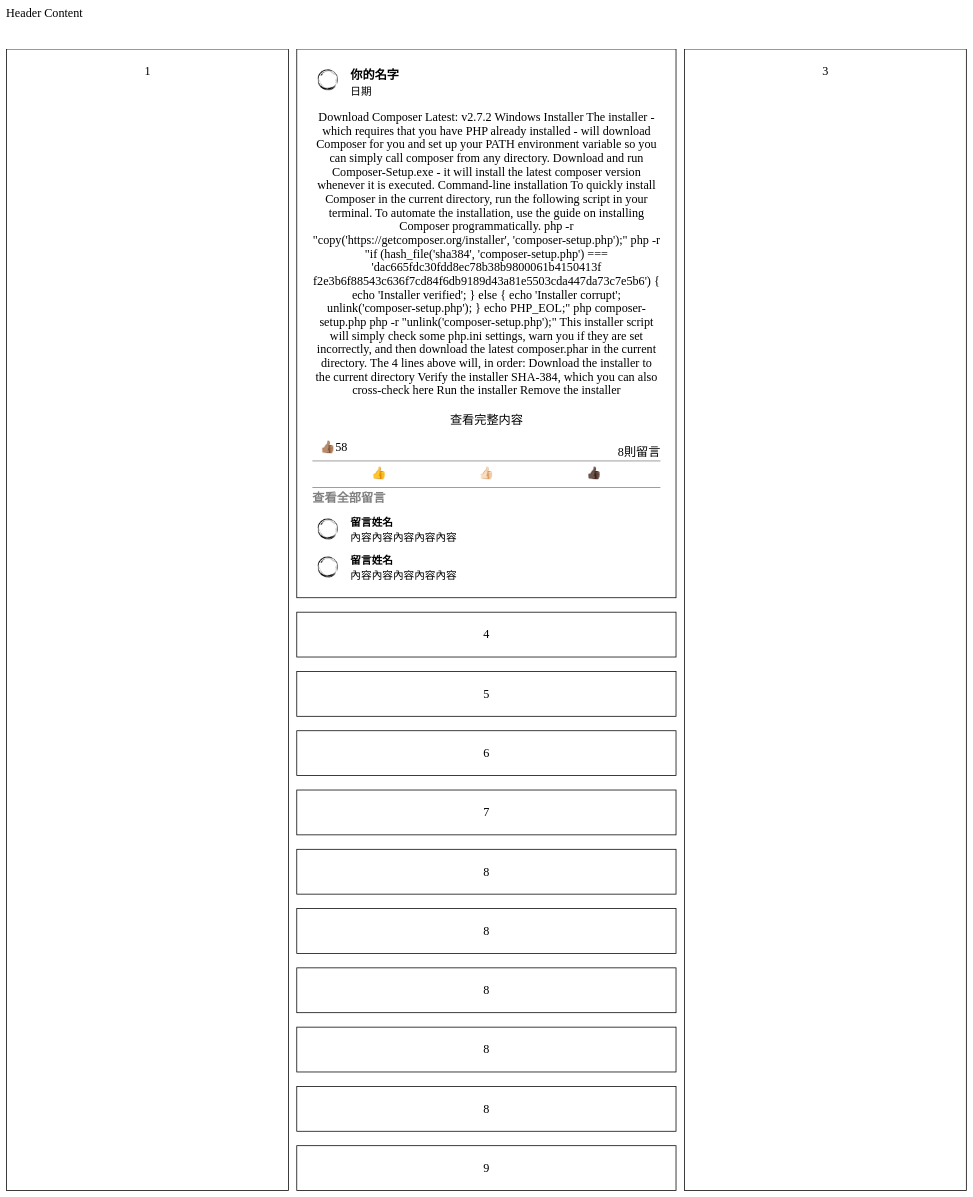
Repository: yuchiyang123/index_view
Page: http://localhost/
The author's editor kept a copy of each file at every save. The page is drawn from the files as they stood at one save, then again after the next save.
The browser window is 1280 px wide. The pictures show the whole page, at 76% of full size.
The page is run by PHP 8.4 with error messages shown; the project is at /var/www/html/.

Above is the page before, as saved 2024-03-27 09:42:49.

### index.php
<style>
   .header {
    position: sticky;
    top: 0;
    z-index: 9996;
    grid-area: header;
    background-color: #ffffff;
    width: 100%;
    height: 56px;

}


.grid-container {

  display: grid;
  grid-template-columns: auto 500px auto;
  grid-template-rows:auto;
  grid-gap: 10px;
  display: grid;
  grid-template-areas:
    "A B C";

}

.grid-item {
  border: 1px solid #000;
  padding: 20px;
  text-align: center;

}
.first{
    grid-area: A;
    min-height: 800px;
}
.end{
    grid-area: C;
}
.mid{
    grid-area: B;
}
.limt{
    min-height: 350px;
}
.inner-grid {
    display: inline-grid;
    width: 30%;
    transition: background-color 0.3s;
    padding-top: 5px;
    padding-bottom: 10px;
    text-align: center;
}
.inner-grid:hover {
    background-color: rgba(128, 128, 128, 0.4);
}
.line{
    border-top: 1px solid gray;
    border-bottom: 1px solid gray;
}
.respond{

    padding-bottom: 8px;
    text-align: left;
    padding-left:10px;
}
.respond > div {
    display: inline-block;
}
.message{
    text-align: right;
}
.respond, .message {
    display: inline-block;
}
.container {
    display: flex;
    justify-content: space-between;
    align-items: center;
}

.popup {
    display: none;
    position: fixed;
    top: 50%;
    left: 50%;
    transform: translate(-50%, -50%);
    width: 500px;
    padding: 20px;
    background-color: #fff;
    z-index: 9998;

}

.trigger a {
    cursor: pointer;
}

.blur-background {
    filter: blur(0px);
}
.box{

}
.imgsize{
    width: 40px;
    height: auto;

}

.image-container {
    float: left;
    margin-right: 10px;
}

.text-container {
    overflow: hidden;
}
.user{

    text-align: left;
    font-weight: bold;

}
.date{
    font-size: 14px;
    text-align: left;
}
a{
    text-decoration: none;
    color: black;
}
.overlay {
    display: none;
    position: fixed;
    top: 0;
    left: 0;
    width: 100%;
    height: 100%;
    background-color: rgba(0, 0, 0, 0.5);
    z-index: 9997;
  }
  .SeeAllMessage{
    text-align: left;
  }
  .SeeAllMessage a{
    text-align: left;
    color: gray;
    font-weight: bold;
  }
  .LeaveMessage{
    margin-top: 10px;
  }
  .LeaveMessageUsernameIMG{
    width: 40px;
    height: auto;
  }
  .LeaveMessageimgdiv{
    float: left;
    margin-right: 10px;
  }
  .LeaveMessageUsername{
    text-align: left;
    font-size: 14px;
    font-weight: bold;
  }
  .LeaveMessageMain{
    text-align: left;
    font-size: 14px;
  }
</style>
<html>
<body>
<?php
    include('header.php');
?>
  <div id="box" class="box">
    <div class="grid-container">

      <div class="grid-item"><div class="first">1</div></div>

        <div class="mid">
          <div class="grid-item">
            <div class="limt">
            <div class="image-container">
                <img src="img/2-1.png" class="imgsize">
                        </div>
                <div class="text-container">
                    <div class="user"><a href="#"><div><a href="#">你的名字</a></div></a></div>
                    <div class="date"><div><a href="#">日期</a></div></div>
                </div>
                <div class="clearfix"></div>
                <p class="main">
                Download Composer Latest: v2.7.2
                    Windows Installer
                    The installer - which requires that you have PHP already installed - will download Composer for you and set up your PATH environment variable so you can simply call composer from any directory.

                    Download and run Composer-Setup.exe - it will install the latest composer version whenever it is executed.

                    Command-line installation
                    To quickly install Composer in the current directory, run the following script in your terminal. To automate the installation, use the guide on installing Composer programmatically.

                    php -r "copy('https://getcomposer.org/installer', 'composer-setup.php');"
                    php -r "if (hash_file('sha384', 'composer-setup.php') === 'dac665fdc30fdd8ec78b38b9800061b4150413f
                    f2e3b6f88543c636f7cd84f6db9189d43a81e5503cda447da73c7e5b6') { echo 'Installer verified'; } else { echo 'Installer corrupt'; unlink('composer-setup.php'); } echo PHP_EOL;"
                    php composer-setup.php
                    php -r "unlink('composer-setup.php');"
                    This installer script will simply check some php.ini settings, warn you if they are set incorrectly, and then download the latest composer.phar in the current directory. The 4 lines above will, in order:

                    Download the installer to the current directory
                    Verify the installer SHA-384, which you can also cross-check here
                    Run the installer
                    Remove the installer<div class="trigger"><a href="#">查看完整内容</a></div>
                </p>
                <div class="container">
                    <div class="respond"><a href="#">👍🏽</a><div><a href="#">58</a></div></div>
                    <div class="message"><div><a href="#">8則留言</a></div></div>
                </div>
                <div class="line">
                    <div class="inner-grid">👍</div>
                    <div class="inner-grid">👍🏻</div>
                    <div class="inner-grid">👍🏿</div>
                </div>
                <div class="SeeAllMessage"><a href="#">查看全部留言</a></div>
                <div class="LeaveMessage">
                    <div><a href="#"></a></div>
                    <div><div class="LeaveMessageimgdiv"><img src="img/2-1.png" class="LeaveMessageUsernameIMG"></div><div class="LeaveMessageUsername">留言姓名</div><div class="LeaveMessageMain">內容內容內容內容內容</div></div>
                </div>
                <div class="LeaveMessage">
                    <div><a href="#"></a></div>
                    <div><div class="LeaveMessageimgdiv"><img src="img/2-1.png" class="LeaveMessageUsernameIMG"></div><div class="LeaveMessageUsername">留言姓名</div><div class="LeaveMessageMain">內容內容內容內容內容</div></div>
                </div>
            </div>
        </div><br>
          <div class="grid-item">4</div><br>
          <div class="grid-item">5</div><br>
          <div class="grid-item">6</div><br>
          <div class="grid-item">7</div><br>
          <div class="grid-item">8</div><br>
          <div class="grid-item">8</div><br>
          <div class="grid-item">8</div><br>
          <div class="grid-item">8</div><br>
          <div class="grid-item">8</div><br>
          <div class="grid-item">9</div>
          <div class="overlay" id="overlay"></div>
          <div id="popup" class="popup">
        <div class="content">
        <div class="image-container">
            <img src="img/2-1.png" class="imgsize">
        </div>
        <div class="text-container">
            <div class="user"><a href="#"><div><a href="#">你的名字</a></div></a></div>
            <div class="date"><div><a href="#">日期</a></div></div>
        </div>
        <div class="clearfix"></div>
            <p class="main">
                Download Composer Latest: v2.7.2
                    Windows Installer
                    The installer - which requires that you have PHP already installed - will download Composer for you and set up your PATH environment variable so you can simply call composer from any directory.

                    Download and run Composer-Setup.exe - it will install the latest composer version whenever it is executed.

                    Command-line installation
                    To quickly install Composer in the current directory, run the following script in your terminal. To automate the installation, use the guide on installing Composer programmatically.

                    php -r "copy('https://getcomposer.org/installer', 'composer-setup.php');"
                    php -r "if (hash_file('sha384', 'composer-setup.php') === 'dac665fdc30fdd8ec78b38b9800061b4150413f
                    f2e3b6f88543c636f7cd84f6db9189d43a81e5503cda447da73c7e5b6') { echo 'Installer verified'; } else { echo 'Installer corrupt'; unlink('composer-setup.php'); } echo PHP_EOL;"
                    php composer-setup.php
                    php -r "unlink('composer-setup.php');"
                    This installer script will simply check some php.ini settings, warn you if they are set incorrectly, and then download the latest composer.phar in the current directory. The 4 lines above will, in order:

                    Download the installer to the current directory
                    Verify the installer SHA-384, which you can also cross-check here
                    Run the installer
                    Remove the installer
            </p>
        <div class="container">
            <div class="respond"><a href="#">👍🏽</a><div><a href="#">58</a></div></div>
            <div class="message"><div><a href="#">8則留言</a></div></div>
        </div>
            <div class="line">
            <div class="inner-grid">👍</div>
            <div class="inner-grid">👍🏻</div>
            <div class="inner-grid">👍🏿</div>
        </div>
        </div>
            <!--div class="close"><a href="#">关闭</a></div-->
        </div>
        </div>

            <div class="grid-item"><div class="end">3</div></div>
        </div>
    </div>
  </div>
  <script>
    var overlay = document.getElementById('overlay');
    var trigger = document.querySelector('.trigger a');
    var popup = document.getElementById('popup');
    var header = document.querySelector('.header');
    trigger.addEventListener('click', function(event) {
        event.preventDefault();
        popup.style.display = 'block';
        header.style.backgroundColor = 'rgba(0, 0, 0, 0.000001)';
        overlay.style.display = 'block';
        popup.style.border = '1px solid gray';
        popup.style.boxShadow = '0px 0px 15px rgba(0, 0, 0, 0.7)';
        /*
        document.body.classList.add('blur-background');
        popup.style.filter = 'none';// 移除 body 元素的模糊效果*/
    });
    var closeBtn = document.querySelector('.close a');
    /*
    closeBtn.addEventListener('click', function(event) {
        event.preventDefault();
        popup.style.display = 'none';
        popup.style.boxShadow = 'none';
    });
    */
    overlay.addEventListener('click', function(event) {
        event.preventDefault();
        event.stopPropagation();
        popup.style.display = 'none';
        overlay.style.display = 'none' ;
        popup.style.boxShadow = 'none';
        header.style.backgroundColor = '#ffffff';
    });
  </script>
</body>
</html>

### header.php
<style>
   .header {
    position: sticky; /* 将标题栏固定在容器内 */
    top: 0; /* 将标题栏固定在容器的顶部 */
    z-index: 9999; /* 确保标题栏位于其他内容的上层 */
    /* 其他样式，例如背景颜色、文本样式等 */
    grid-area: header;
    background-color: #ffffff;
    width: 100%; /* 设置标题栏的宽度为100%，使其填满整个屏幕 */
    height: 56px;

}
</style>
<header class="header">Header Content</header>

After the next save:
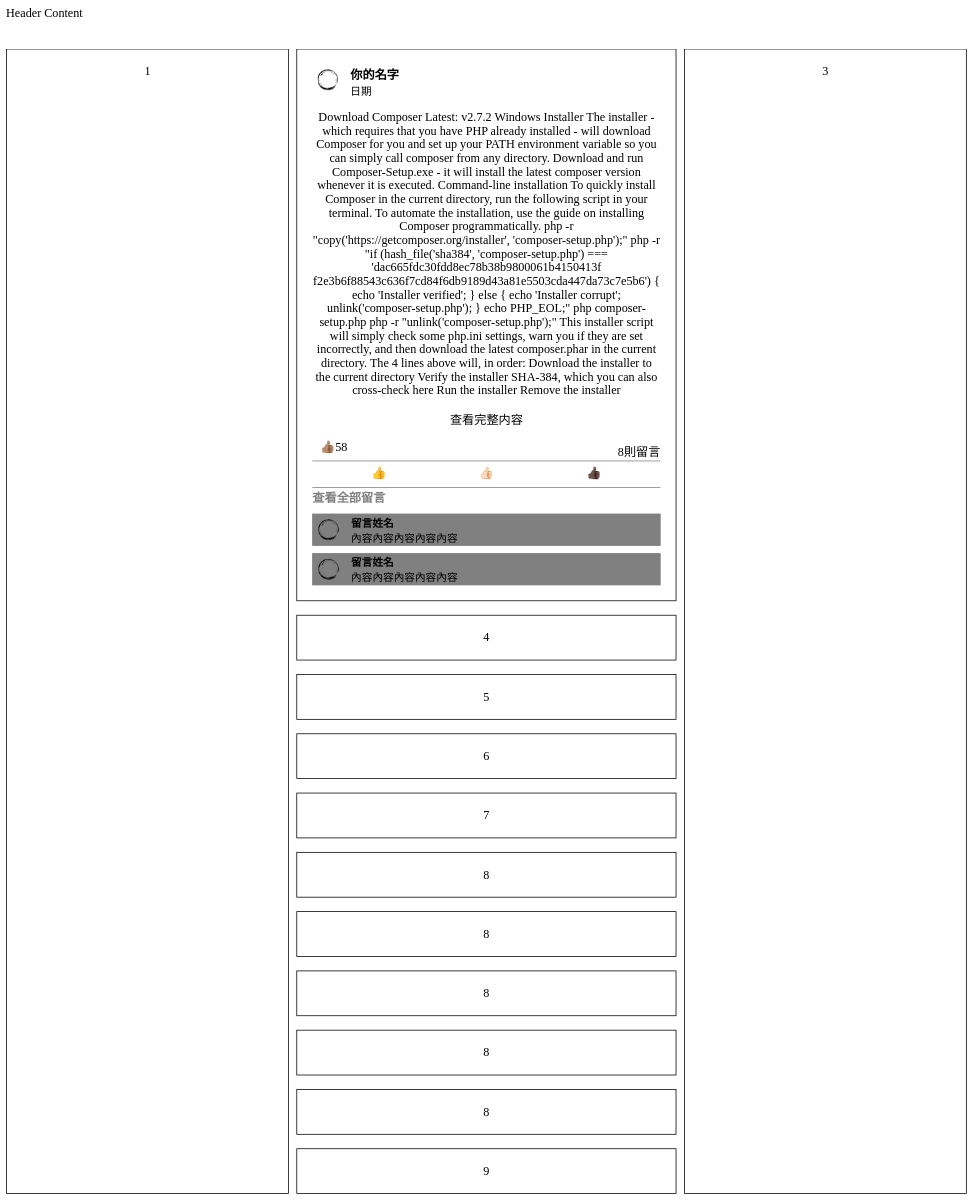
Saved 99 s later.
--- a/index.php
+++ b/index.php
@@ -149,6 +149,8 @@ a{
   }
   .LeaveMessage{
     margin-top: 10px;
+    border : 1px solid gray;
+    background-color: gray;
   }
   .LeaveMessageUsernameIMG{
     width: 40px;
